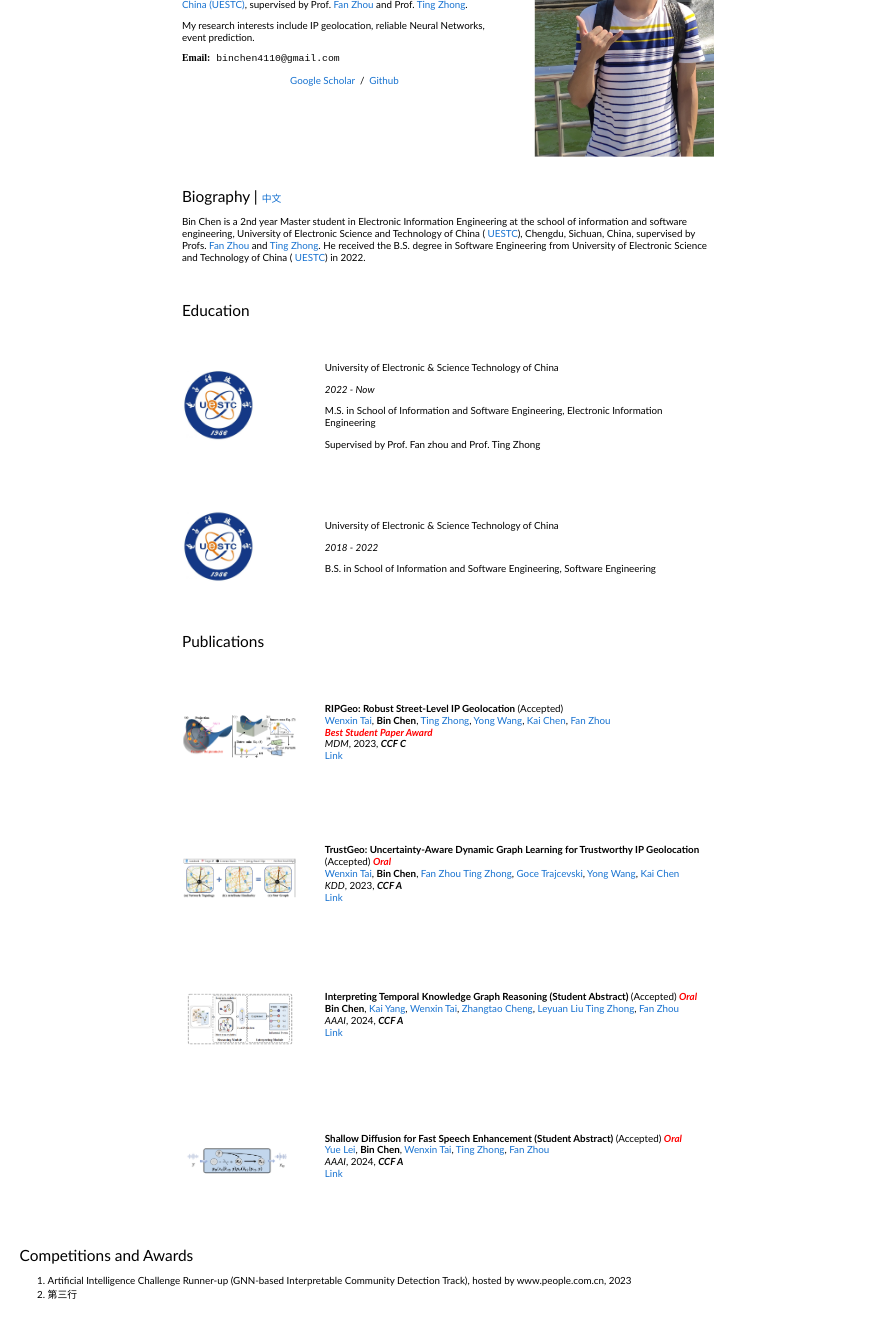
Repository: b1nchen/b1nchen.github.io
Page: index.html
These files come from the project's save history. The page is drawn as it stood at one moment and after the next save; the edit follows.
The browser window is 1280 px wide. The pictures show the part of the page from y = 204 to 2104 px (the page is 2475 px tall before and 2472 px after), at 70% of full size.
A picture or video elsewhere on the page could not be fetched, so the positions and the page height are approximate.

Above is the page before, as saved 2023-12-31 09:10:15.

### index.html
<!DOCTYPE HTML>
<html lang="en">

<head>
  <meta http-equiv="Content-Type" content="text/html; charset=UTF-8">

  <title>Bin Chen</title>

  <meta name="author" content="Bin Chen">
  <meta name="viewport" content="width=device-width, initial-scale=1">

  <link rel="stylesheet" type="text/css" href="stylesheet.css">
  <link rel="icon" href="images/uestc_icon.jpeg">
</head>

<body>

  <table
    style="width:100%;max-width:800px;border:0px;border-spacing:0px;border-collapse:separate;margin-right:auto;margin-left:auto;">
    <tbody>
      <tr style="padding:0px">
        <td style="padding:0px">
          <table
            style="width:100%;border:0px;border-spacing:0px;border-collapse:separate;margin-right:auto;margin-left:auto;">
            <tbody>
              <tr style="padding:0px">
                <td style="padding:2.5%;width:63%;vertical-align:middle">
                  <p style="text-align:center">
                    <name>Bin Chen</name>
                  </p>
                  <p>I am a Master student at <a href="https://en.uestc.edu.cn/">University of Electronic Science and
                      Technology of China (UESTC)</a>, supervised by Prof. <a
                      href="https://scholar.google.com/citations?user=Ihj2Rw8AAAAJ">Fan Zhou</a> and Prof. <a
                      href="https://scholar.google.com/citations?user=Mdr0XDkAAAAJ">Ting Zhong</a>.
                      <!-- <a href="xovee.cn">Xovee</a> also helps me a lot, as sa  -->
                  </p>
                  <p>
                    My research interests include IP geolocation, reliable Neural Networks, event prediction.
                  </p>
                  <p style="font-family: 'Courier New', Courier, monospace;">
                    <!-- <b style="font-family: 'Times New Roman', Times, serif;">Email:</b> <em>firstname</em>.<em>lastname</em>@ieee.org
                    <br>
                    &nbsp &nbsp &nbsp
                    <em>firstname</em>.<em>lastname</em>417@outlook.com <br> -->
                    <b style="font-family: 'Times New Roman', Times, serif;">
                      Email:</b> binchen4110@gmail.com
                     <br>

                  </p>
                  <p style="text-align:center">

                    <a href="https://scholar.google.com/citations?user=x3ufhFAAAAAJ/">Google Scholar</a>
                    &nbsp/&nbsp
                    <a href="https://github.com/binchen4110/">Github</a>
                  </p>

                </td>
                <td style="padding:2.5%;width:40%;max-width:40%">
                  <a href="images/profile.jpg"><img style="width:100%;max-width:100%" alt="profile photo"
                      src="images/profile.jpg" class="hoverZoomLink"></a>
                </td>
              </tr>
            </tbody>
          </table>

          <table
            style="width:100%;border:0px;border-spacing:0px;border-collapse:separate;margin-right:auto;margin-left:auto;">
            <tbody>
              <tr>
                <td style="padding:20px;width:100%;vertical-align:middle">
                  <heading>Biography |
                    <a href="index_CHN.html">中文</a>
                  </heading>
                  <p>
                    Bin Chen is a 2nd year Master student in Electronic Information Engineering at the school of information and
                    software engineering, University of Electronic Science and Technology of China (<a
                      href="https://en.uestc.edu.cn/"> UESTC</a>), Chengdu, Sichuan, China, supervised by Profs. <a
                      href="https://scholar.google.com/citations?user=Ihj2Rw8AAAAJ">Fan Zhou</a> and <a
                      href="https://scholar.google.com/citations?user=Mdr0XDkAAAAJ">Ting Zhong</a>. He received the B.S.
                    degree in Software Engineering from University of Electronic Science and Technology of China (<a
                      href="https://www.uestc.edu.cn/"> UESTC</a>) in 2022.
                  </p>
                  <!-- <p>
                    He is a (student) member of the IEEE.
                  </p> -->
                </td>
              </tr>
            </tbody>
          </table>

          <table
            style="width:100%;border:0px;border-spacing:0px;border-collapse:separate;margin-right:auto;margin-left:auto;">
            <tbody>
              <tr>
                <td style="padding:20px;width:100%;vertical-align:middle">
                  <heading>Education</heading>
                </td>
              </tr>
            </tbody>
          </table>
          <table width="100%" align="center" border="0" cellpadding="20">
            <tbody>

              <tr>
                <td style="padding:20px;width:25%;vertical-align:middle">
                  <div class="flexbox">
                    <img src='images/uestc_icon.jpeg' width="100px">
                  </div>
                </td>
                <td style="padding:20px;width:75%;vertical-align:middle">
                  <p>University of Electronic & Science Technology of China</p>
                  <em>2022 - Now</em>
                  <p>M.S. in School of Information and Software Engineering, Electronic Information Engineering</p>
                  <p>Supervised by Prof. Fan zhou and Prof. Ting Zhong</p>

                </td>
              </tr>


              <tr>
                <td style="padding:20px;width:25%;vertical-align:middle">
                  <div class="flexbox">
                    <img src='images/uestc_icon.jpeg' width="100px">
                  </div>
                </td>
                <td style="padding:20px;width:75%;vertical-align:middle">
                  <p>University of Electronic & Science Technology of China</p>
                  <em> 2018 -  2022 </em>
                  <p> B.S. in School of Information and Software Engineering, Software Engineering</p>
                </td>
              </tr>


            </tbody>
          </table>


          <table width="100%" align="center" border="0" cellspacing="0" cellpadding="20">
            <tbody>
              <tr>
                <td>
                  <heading>Publications</heading>
                </td>
              </tr>
            </tbody>
          </table>
          <table width="100%" align="center" border="0" cellpadding="20">
            <tbody>

            <!-- MDM 2023 -->
              <tr onmouseout="ripgeo_data()" onmouseover="ripgeo_para()">
                <td style="padding:20px;width:25%;vertical-align:middle">
                  <div class="one">
                    <div class="two" id='data'>
                      <img src='images/ripgeo_perturb_data.png' width="160">


                    </div>
                    <img src="images/ripgeo_perturb_para.png" width="160">
                  </div>
                  <script type="text/javascript">
                    function ripgeo_data() {
                      document.getElementById('data').style.opacity = "0";
                    }

                    function ripgeo_para() {
                      document.getElementById('data').style.opacity = "1";
                    }
                    ripgeo_data()
                  </script>
                </td>
                <td style="padding:20px;width:75%;vertical-align:middle">

                  <papertitle>RIPGeo: Robust Street-Level IP Geolocation </papertitle>(Accepted)

                  <br>

                  <a href="https://scholar.google.com/citations?user=YyxocAIAAAAJ">Wenxin Tai</a>,
                  <strong>Bin Chen</strong>,
                  <a href="https://scholar.google.com/citations?user=Mdr0XDkAAAAJ">Ting Zhong</a>,
                  <a>Yong Wang</a>,
                  <a href="https://scholar.google.com/citations?user=tnRV5QYAAAAJ">Kai Chen</a>,
                  <a href="https://scholar.google.com/citations?user=Ihj2Rw8AAAAJ">Fan Zhou</a>

                  <br>
                  <em><b style="color:red">Best Student Paper Award</b></em>
                  <br>
                  <em>MDM</em>, 2023, <em><strong>CCF C</strong></em>
                  <br>

                  <a href="https://drive.google.com/file/d/1j4smzenp6JkSxMC43B8BnPLQ7Mr1zgMb/view?usp=sharing">Link</a>


                  <!-- <a href="https://ieeexplore.ieee.org/document/9747900">链接</a>,
                  <a href="https://youtu.be/uT1pEfHbo14">视频</a>,
                  <a href="papers/ICASSP_5513_poster.pdf">海报</a>,
                  <a href="papers/ICASSP_slides.pptx">幻灯片</a>,
                  <a href="papers/ICASSP_2022_FUFI.pdf">下载</a>
                  <p></p>
                  <p>We incorporate evidential learning into IP geolocation to improve the stability of the system.. -->
                  </p>
                </td>
              </tr>


              <!-- KDD 2023 -->
              <tr onmouseout="FUFI_intro()" onmouseover="FUFI_end()">
                <td style="padding:20px;width:25%;vertical-align:middle">
                  <div class="one">
                    <div class="two" id='method'>
                      <img src='images/trustgeo_method.png' width="160">


                    </div>
                    <img src="images/trustgeo_model.png" width="160">
                  </div>
                  <script type="text/javascript">
                    function FUFI_intro() {
                      document.getElementById('method').style.opacity = "0";
                    }

                    function FUFI_end() {
                      document.getElementById('method').style.opacity = "1";
                    }
                    FUFI_intro()
                  </script>
                </td>
                <td style="padding:20px;width:75%;vertical-align:middle">

                  <papertitle>TrustGeo: Uncertainty-Aware Dynamic Graph Learning for Trustworthy IP Geolocation </papertitle>(Accepted) <em><b style="color:red">Oral</b></em>


                  <br>
                  <a href="https://scholar.google.com/citations?user=YyxocAIAAAAJ">Wenxin Tai</a>,
                  <strong>Bin Chen</strong>,
                  <a href="https://scholar.google.com/citations?user=Ihj2Rw8AAAAJ">Fan Zhou</a>
                  <a href="https://scholar.google.com/citations?user=Mdr0XDkAAAAJ">Ting Zhong</a>,
                  <a href="https://scholar.google.com/citations?user=Avus2kcAAAAJ">Goce Trajcevski</a>,
                  <a>Yong Wang</a>,
                  <a href="https://scholar.google.com/citations?user=tnRV5QYAAAAJ">Kai Chen</a>
                  <br>
                  <em>KDD</em>, 2023, <em><strong>CCF A</strong></em>
                  <br>

                  <a href="https://drive.google.com/file/d/1PgxtmzdQAYr9Ti3rvHGgnyf05PbP-WwI/view?usp=drive_link">Link</a>
                  <!-- <a href="https://ieeexplore.ieee.org/document/9747900">链接</a>,
                  <a href="https://youtu.be/uT1pEfHbo14">视频</a>,
                  <a href="papers/ICASSP_5513_poster.pdf">海报</a>,
                  <a href="papers/ICASSP_slides.pptx">幻灯片</a>,
                  <a href="papers/ICASSP_2022_FUFI.pdf">下载</a>
                  <p></p>
                  <p>We incorporate evidential learning into IP geolocation to improve the stability of the system.. -->
                  </p>
                </td>
              </tr>

             <!-- AAAI 2024 poster TKG -->
             <tr onmouseout="FUFI_intro()" onmouseover="FUFI_end()">
              <td style="padding:20px;width:25%;vertical-align:middle">
                <div class="one">
                  <div class="two" id='method'>
                    <img src='images/poster_tkg_model.png' width="160">


                  </div>
                  <img src="images/poster_tkg_model.png" width="160">
                </div>
                <script type="text/javascript">
                  function FUFI_intro() {
                    document.getElementById('method').style.opacity = "0";
                  }

                  function FUFI_end() {
                    document.getElementById('method').style.opacity = "1";
                  }
                  FUFI_intro()
                </script>
              </td>
              <td style="padding:20px;width:75%;vertical-align:middle">

                <papertitle>Interpreting Temporal Knowledge Graph Reasoning (Student Abstract) </papertitle>(Accepted) <em><b style="color:red">Oral</b></em>


                <br>

                <strong>Bin Chen</strong>,
                <a >Kai Yang</a>,
                <a href="https://scholar.google.com/citations?user=YyxocAIAAAAJ">Wenxin Tai</a>,
                <a href="https://scholar.google.com/citations?user=CU28LO0AAAAJ">Zhangtao Cheng</a>,
                <a >Leyuan Liu</a>
                <a href="https://scholar.google.com/citations?user=Mdr0XDkAAAAJ">Ting Zhong</a>,
                <a href="https://scholar.google.com/citations?user=Ihj2Rw8AAAAJ">Fan Zhou</a>

                <br>
                <em>AAAI</em>, 2024, <em><strong>CCF A</strong></em>
                <br>

                <a href="https://drive.google.com/file/d/1ImUhgVkMv5C81vaafmy5OZgBbMWER7VD/view?usp=sharing">Link</a>
                <!-- <a href="https://ieeexplore.ieee.org/document/9747900">链接</a>,
                <a href="https://youtu.be/uT1pEfHbo14">视频</a>,
                <a href="papers/ICASSP_5513_poster.pdf">海报</a>,
                <a href="papers/ICASSP_slides.pptx">幻灯片</a>,
                <a href="papers/ICASSP_2022_FUFI.pdf">下载</a>
                <p></p>
                <p>We incorporate evidential learning into IP geolocation to improve the stability of the system.. -->
                </p>
              </td>
            </tr>

            <!-- AAAI 2024 poster SE -->
            <tr onmouseout="FUFI_intro()" onmouseover="FUFI_end()">
              <td style="padding:20px;width:25%;vertical-align:middle">
                <div class="one">
                  <div class="two" id='method'>
                    <img src='images/poster_se_model.png' width="160">


                  </div>
                  <img src="images/poster_se_model.png" width="160">
                </div>
                <script type="text/javascript">
                  function FUFI_intro() {
                    document.getElementById('method').style.opacity = "0";
                  }

                  function FUFI_end() {
                    document.getElementById('method').style.opacity = "1";
                  }
                  FUFI_intro()
                </script>
              </td>
              <td style="padding:20px;width:75%;vertical-align:middle">

                <papertitle>Shallow Diffusion for Fast Speech Enhancement (Student Abstract) </papertitle>(Accepted) <em><b style="color:red">Oral</b></em>


                <br>
                <a >Yue Lei</a>,
                <strong>Bin Chen</strong>,
                <a href="https://scholar.google.com/citations?user=YyxocAIAAAAJ">Wenxin Tai</a>,
                <a href="https://scholar.google.com/citations?user=Mdr0XDkAAAAJ">Ting Zhong</a>,
                <a href="https://scholar.google.com/citations?user=Ihj2Rw8AAAAJ">Fan Zhou</a>

                <br>
                <em>AAAI</em>, 2024, <em><strong>CCF A</strong></em>
                <br>

                <a href="https://drive.google.com/file/d/1ImUhgVkMv5C81vaafmy5OZgBbMWER7VD/view?usp=sharing">Link</a>
                <!-- <a href="https://ieeexplore.ieee.org/document/9747900">链接</a>,
                <a href="https://youtu.be/uT1pEfHbo14">视频</a>,
                <a href="papers/ICASSP_5513_poster.pdf">海报</a>,
                <a href="papers/ICASSP_slides.pptx">幻灯片</a>,
                <a href="papers/ICASSP_2022_FUFI.pdf">下载</a>
                <p></p>
                <p>We incorporate evidential learning into IP geolocation to improve the stability of the system.. -->
                </p>
              </td>
            </tr>


            </tbody>
          </table>
        </td>
      </tr>

    </table>

    <table
    style="width:100%;border:0px;border-spacing:0px;border-collapse:separate;margin-right:auto;margin-left:auto;">
    <tbody>
      <tr>
        <td style="padding:20px;width:100%;vertical-align:middle">
          <heading>Competitions and Awards</heading>
          <p>
            <ol>
              <li>Artificial Intelligence Challenge Runner-up (GNN-based Interpretable Community Detection Track), hosted by www.people.com.cn, 2023</li>
              <li>第三行</li>

            </ol>
          </p>

        </td>
      </tr>
    </tbody>
  </table>

  <center>


  <p>
    <font size="2">
      <font size="2">
        <font size="2">&nbsp;<br>
          &nbsp; <a href="https://www.easycounter.com/">
            <img src="https://www.easycounter.com/counter.php?hyson"
            border="0" alt="Web Site Hit Counter"></a> <i>
            <font face="Arial" size="2">unique visitors since Feburary 2023</font>
          </i></font>
      </font>
    </font>
  </p>



  <p style="color: #AAAAAA;">© 2023 Bin Chen | Powered by <a href="https://pattonyu.github.io/">Haoyang Yu</a> and <a href="https://jonbarron.info/">Jon Barron </a> | updating time
    2023-02-28
        <!-- Friendly Link: <a href="https://xovee.cn">Xovee Xu</a> -->
    </p>
  </center>
</body>

</html>

### stylesheet.css
/* latin-ext */
@font-face {
  font-family: 'Lato';
  font-style: italic;
  font-weight: 400;
  src: local('Lato Italic'), local('Lato-Italic'), url(https://fonts.gstatic.com/s/lato/v15/S6u8w4BMUTPHjxsAUi-qNiXg7eU0.woff2) format('woff2');
  unicode-range: U+0100-024F, U+0259, U+1E00-1EFF, U+2020, U+20A0-20AB, U+20AD-20CF, U+2113, U+2C60-2C7F, U+A720-A7FF;
}
/* latin */
@font-face {
  font-family: 'Lato';
  font-style: italic;
  font-weight: 400;
  src: local('Lato Italic'), local('Lato-Italic'), url(https://fonts.gstatic.com/s/lato/v15/S6u8w4BMUTPHjxsAXC-qNiXg7Q.woff2) format('woff2');
  unicode-range: U+0000-00FF, U+0131, U+0152-0153, U+02BB-02BC, U+02C6, U+02DA, U+02DC, U+2000-206F, U+2074, U+20AC, U+2122, U+2191, U+2193, U+2212, U+2215, U+FEFF, U+FFFD;
}
/* latin-ext */
@font-face {
  font-family: 'Lato';
  font-style: italic;
  font-weight: 700;
  src: local('Lato Bold Italic'), local('Lato-BoldItalic'), url(https://fonts.gstatic.com/s/lato/v15/S6u_w4BMUTPHjxsI5wq_FQftx9897sxZ.woff2) format('woff2');
  unicode-range: U+0100-024F, U+0259, U+1E00-1EFF, U+2020, U+20A0-20AB, U+20AD-20CF, U+2113, U+2C60-2C7F, U+A720-A7FF;
}
/* latin */
@font-face {
  font-family: 'Lato';
  font-style: italic;
  font-weight: 700;
  src: local('Lato Bold Italic'), local('Lato-BoldItalic'), url(https://fonts.gstatic.com/s/lato/v15/S6u_w4BMUTPHjxsI5wq_Gwftx9897g.woff2) format('woff2');
  unicode-range: U+0000-00FF, U+0131, U+0152-0153, U+02BB-02BC, U+02C6, U+02DA, U+02DC, U+2000-206F, U+2074, U+20AC, U+2122, U+2191, U+2193, U+2212, U+2215, U+FEFF, U+FFFD;
}
/* latin-ext */
@font-face {
  font-family: 'Lato';
  font-style: normal;
  font-weight: 400;
  src: local('Lato Regular'), local('Lato-Regular'), url(https://fonts.gstatic.com/s/lato/v15/S6uyw4BMUTPHjxAwXiWtFCfQ7A.woff2) format('woff2');
  unicode-range: U+0100-024F, U+0259, U+1E00-1EFF, U+2020, U+20A0-20AB, U+20AD-20CF, U+2113, U+2C60-2C7F, U+A720-A7FF;
}
/* latin */
@font-face {
  font-family: 'Lato';
  font-style: normal;
  font-weight: 400;
  src: local('Lato Regular'), local('Lato-Regular'), url(https://fonts.gstatic.com/s/lato/v15/S6uyw4BMUTPHjx4wXiWtFCc.woff2) format('woff2');
  unicode-range: U+0000-00FF, U+0131, U+0152-0153, U+02BB-02BC, U+02C6, U+02DA, U+02DC, U+2000-206F, U+2074, U+20AC, U+2122, U+2191, U+2193, U+2212, U+2215, U+FEFF, U+FFFD;
}
/* latin-ext */
@font-face {
  font-family: 'Lato';
  font-style: normal;
  font-weight: 700;
  src: local('Lato Bold'), local('Lato-Bold'), url(https://fonts.gstatic.com/s/lato/v15/S6u9w4BMUTPHh6UVSwaPGQ3q5d0N7w.woff2) format('woff2');
  unicode-range: U+0100-024F, U+0259, U+1E00-1EFF, U+2020, U+20A0-20AB, U+20AD-20CF, U+2113, U+2C60-2C7F, U+A720-A7FF;
}
/* latin */
@font-face {
  font-family: 'Lato';
  font-style: normal;
  font-weight: 700;
  src: local('Lato Bold'), local('Lato-Bold'), url(https://fonts.gstatic.com/s/lato/v15/S6u9w4BMUTPHh6UVSwiPGQ3q5d0.woff2) format('woff2');
  unicode-range: U+0000-00FF, U+0131, U+0152-0153, U+02BB-02BC, U+02C6, U+02DA, U+02DC, U+2000-206F, U+2074, U+20AC, U+2122, U+2191, U+2193, U+2212, U+2215, U+FEFF, U+FFFD;
}

a {
  color: #1772d0;
  text-decoration: none;
}

a:focus,
a:hover {
  color: #f09228;
  text-decoration: none;
}

body,
td,
th,
tr,
p,
a {
  font-family: 'Lato', Verdana, Helvetica, sans-serif;
  font-size: 14px
}

strong {
  font-family: 'Lato', Verdana, Helvetica, sans-serif;
  font-size: 14px;
}

heading {
  font-family: 'Lato', Verdana, Helvetica, sans-serif;
  font-size: 22px;
}

papertitle {
  font-family: 'Lato', Verdana, Helvetica, sans-serif;
  font-size: 14px;
  font-weight: 700
}

name {
  font-family: 'Courier New', Courier, monospace;
  font-size: 32px;
}


.flexbox{
  width: 160px;
  height: 160px;
  display: flex;
  align-items: center;
  justify-items: center;
  /* text-align: center; */
}

.flexbox img{
  justify-items: center;
  align-items: center;
  /* text-align: center; */
}


.one {
  width: 160px;
  height: 160px;
  display: flex;
  position: relative;
  align-items: center;
}

.one img{
  width: 160px;
  align-items: center;
}

.two {
  width: 160px;
  height: 160px;
  display: flex;
  position: absolute;
  transition: opacity .2s ease-in-out;
  -moz-transition: opacity .2s ease-in-out;
  -webkit-transition: opacity .2s ease-in-out;
  align-items: center;
}

.two img{
  width: 160px;
  align-items: center;
}

.fade {
  transition: opacity .2s ease-in-out;
  -moz-transition: opacity .2s ease-in-out;
  -webkit-transition: opacity .2s ease-in-out;
}

span.highlight {
  background-color: #ffffd0;
}

After the next save:
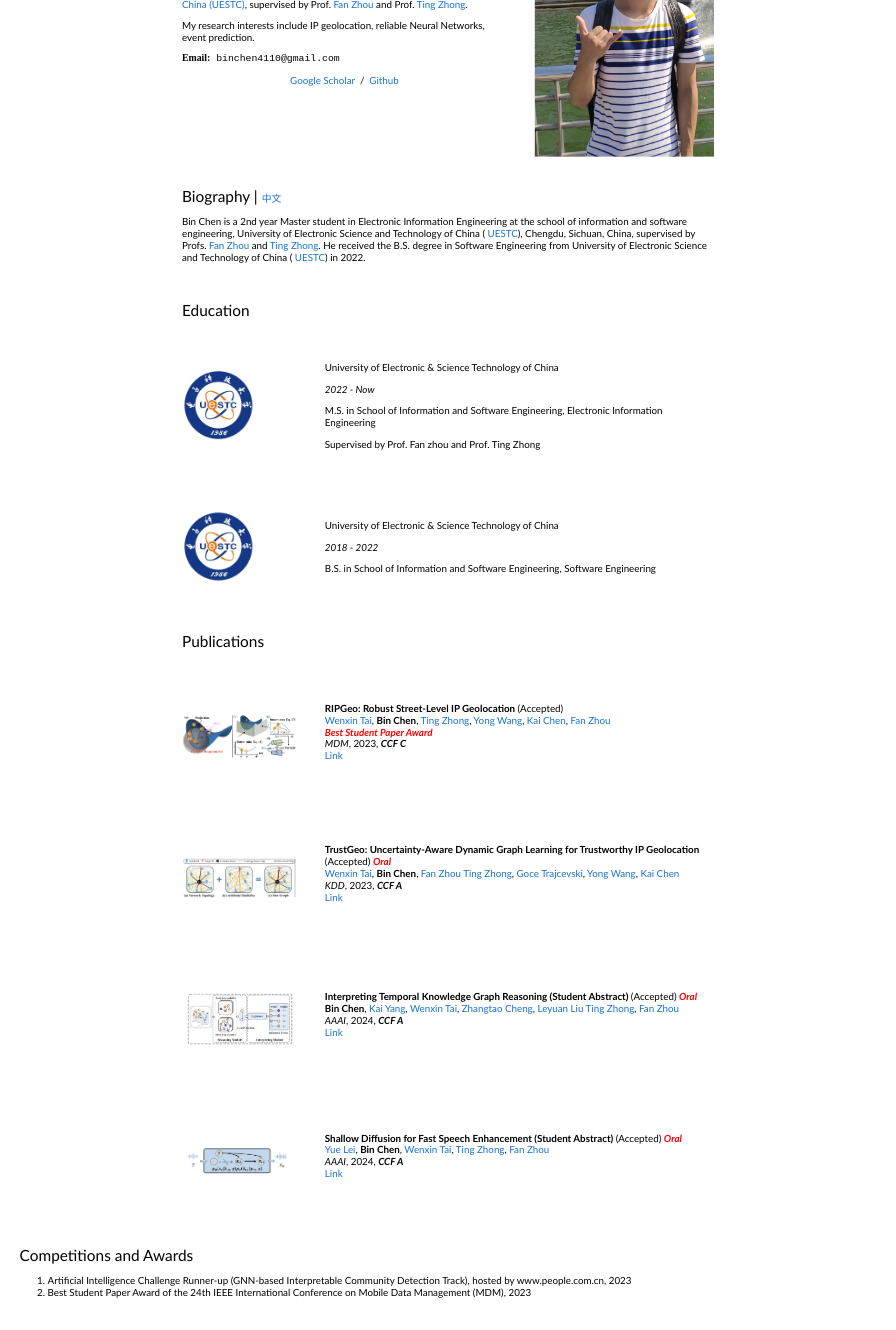
Saved 15 s later.
--- a/index.html
+++ b/index.html
@@ -374,7 +374,7 @@
           <p>
             <ol>
               <li>Artificial Intelligence Challenge Runner-up (GNN-based Interpretable Community Detection Track), hosted by www.people.com.cn, 2023</li>
-              <li>第三行</li>
+              <li>Best Student Paper Award of the 24th IEEE International Conference on Mobile Data Management (MDM), 2023</li>
 
             </ol>
           </p>
